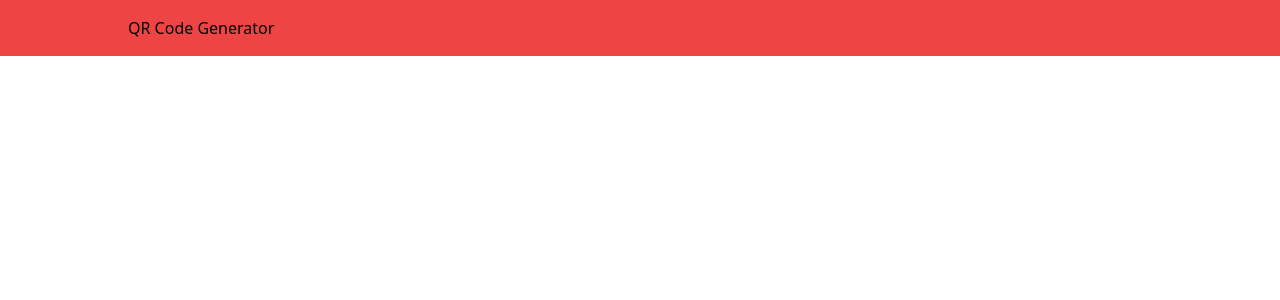
Repository: Ellisvelandia/QR-generator
Page: index.html
The author's editor kept a copy of each file at every save. The page is drawn from the files as they stood at one save, then again after the next save.
The browser window is 1280 px wide. The pictures show the whole page.
Some web libraries are served in a nearby version.

Above is the page before, as saved 2022-08-21 20:39:12.

### index.html
<!DOCTYPE html>
<html lang="en">
  <head>
    <meta charset="UTF-8" />
    <meta http-equiv="X-UA-Compatible" content="IE=edge" />
    <meta name="viewport" content="width=device-width, initial-scale=1.0" />
    <script src="https://cdn.tailwindcss.com"></script>
    <script>
      tailwind.config = {
        theme: {
          extend: {
            colors: {
              fontFamily: {
                sans: ["Poppins", "sans-serif"],
              },
            },
          },
        },
      };
    </script>
    <script
      src="https://cdnjs.cloudflare.com/ajax/libs/qrcodejs/1.0.0/qrcode.min.js"
      integrity="sha512-CNgIRecGo7nphbeZ04Sc13ka07paqdeTu0WR1IM4kNcpmBAUSHSQX0FslNhTDadL4O5SAGapGt4FodqL8My0mA=="
      crossorigin="anonymous"
      referrerpolicy="no-referrer"
    ></script>
    <script src="js/script.js"></script>
    <title>QR Code Generator</title>
  </head>
  <body>
<header class="bg-red-500 p-4 mb-10">
  <div class="max-w-5xl m-auto">
    <div class="">QR Code Generator</div>
  </div>
</header>
  </body>
</html>

Loaded but not shown: js/script.js (no copy from this time; the picture is the same without it)

After the next save:
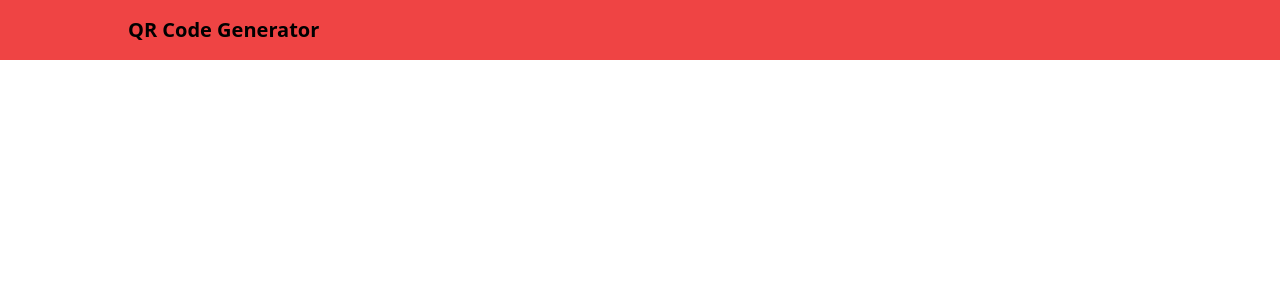
Saved 10 s later.
--- a/index.html
+++ b/index.html
@@ -30,7 +30,7 @@
   <body>
 <header class="bg-red-500 p-4 mb-10">
   <div class="max-w-5xl m-auto">
-    <div class="">QR Code Generator</div>
+    <div class="text-xl font-bold text-">QR Code Generator</div>
   </div>
 </header>
   </body>
